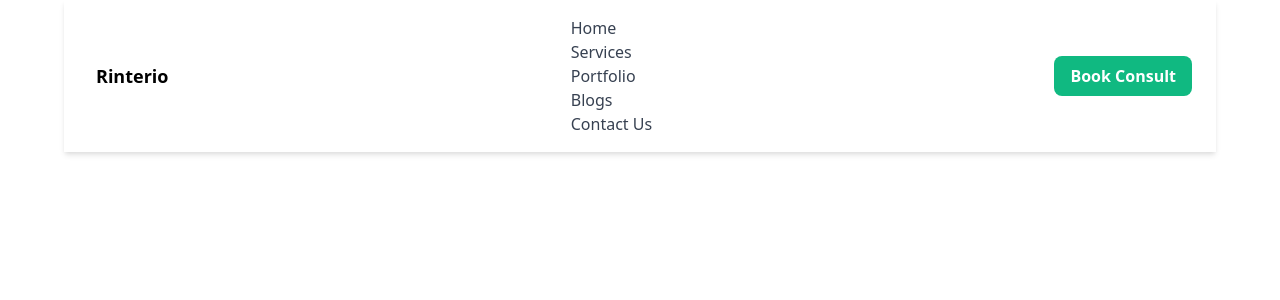
Repository: Aminul-Islam85/Assignment-3
Page: index.html
These files come from the project's save history. The page is drawn as it stood at one moment and after the next save; the edit follows.
The browser window is 1280 px wide. The pictures show the whole page.

Above is the page before, as saved 2024-10-31 13:36:01.

### index.html
<!DOCTYPE html>
<html lang="en">
<head>
    <meta charset="UTF-8">
    <meta name="viewport" content="width=device-width, initial-scale=1.0">
    <title>assignment-3</title>
    <link rel="stylesheet" href="styles.css">
    <link href="https://cdn.jsdelivr.net/npm/tailwindcss@2.2.19/dist/tailwind.min.css" rel="stylesheet">
</head>
<body class="font-sans antialiased bg-white text-gray-800">
    <div class="app-container">
        <nav class="flex items-center justify-between px-6 py-4 bg-white shadow-md">
            <div>
                <span class="ml-2 text-lg font-bold">Rinterio</span>
            </div>
            <ul>
                <li><a href="#" class="text-gray-700 hover:text-green-500">Home</a></li>
                <li><a href="#" class="text-gray-700 hover:text-green-500">Services</a></li>
                <li><a href="#" class="text-gray-700 hover:text-green-500">Portfolio</a></li>
                <li><a href="#" class="text-gray-700 hover:text-green-500">Blogs</a></li>
                <li><a href="#" class="text-gray-700 hover:text-green-500">Contact Us</a></li>

            </ul>
            <button class="px-4 py-2 font-bold text-white bg-green-500 rounded-lg hover:bg-green-600">Book Consult</button>

        </nav>

    </div>

</body>
</html>

### styles.css
.app-container {
    width: 90%;
    margin: 0 auto;
    background-color: #fff;
    color: black;
}

After the next save:
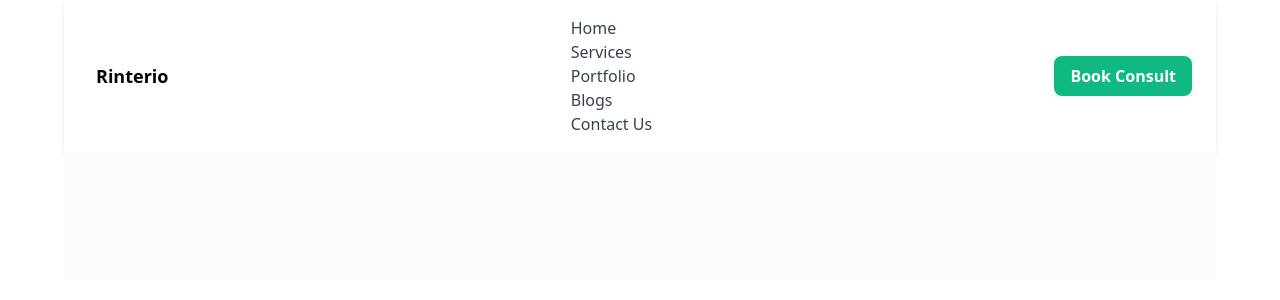
Saved 2 min 52 s later.
--- a/index.html
+++ b/index.html
@@ -19,11 +19,13 @@
                 <li><a href="#" class="text-gray-700 hover:text-green-500">Portfolio</a></li>
                 <li><a href="#" class="text-gray-700 hover:text-green-500">Blogs</a></li>
                 <li><a href="#" class="text-gray-700 hover:text-green-500">Contact Us</a></li>
-
             </ul>
             <button class="px-4 py-2 font-bold text-white bg-green-500 rounded-lg hover:bg-green-600">Book Consult</button>
+        </nav>
 
-        </nav>
+        <section class="flex flex-col items-center justify-center text-center py-16 bg-gray-50">
+
+        </section>
 
     </div>
 
